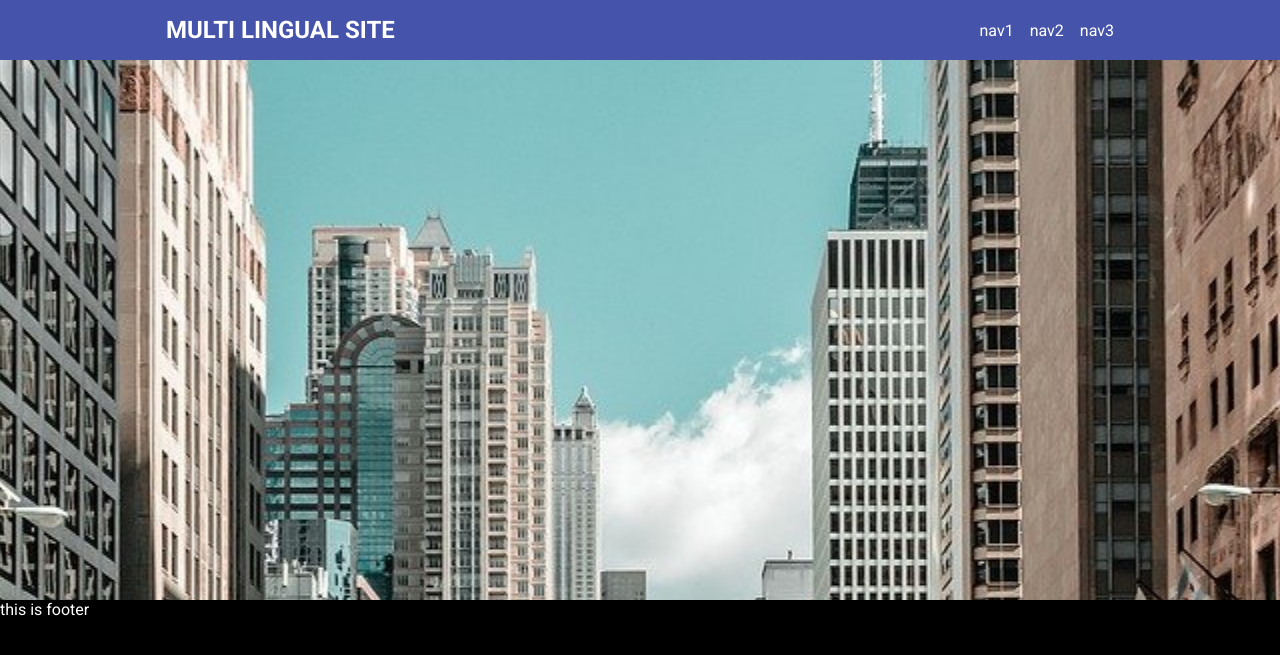
Repository: ksbsh27/multi_lingual
Page: index.html
These files come from the project's save history. The page is drawn as it stood at one moment and after a run of saves; the edit follows.
The browser window is 1280 px wide. The pictures show the whole page.
The style sheet was rebuilt from its Sass, Less or Tailwind sources for each picture, by a compiler version that may differ from the author's.

Above is the page before, as saved 2022-03-31 23:05:56.

After the next 2 saves:
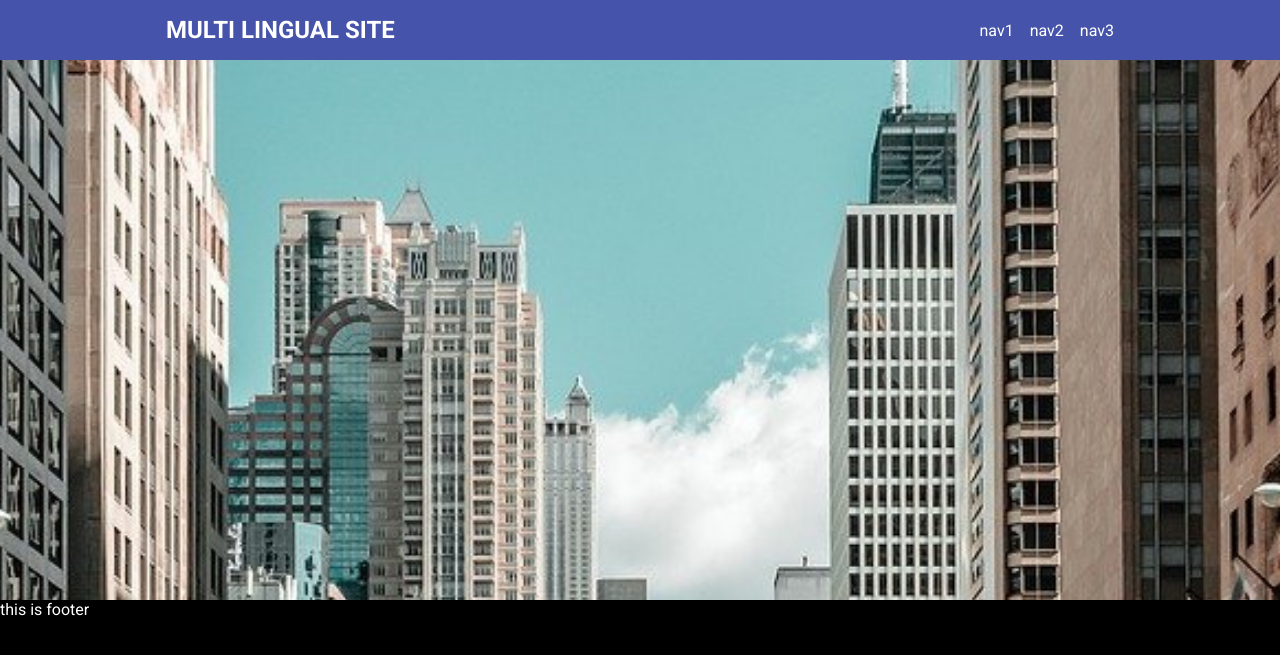
The 2 saves are shown as one change because they came seconds apart.
The last was saved 85 s later.
--- a/sass/style.scss
+++ b/sass/style.scss
@@ -34,6 +34,7 @@
       transform: scale(2);
       &.show{
         opacity: 1;
+        transform: scale(2.2);
       }
     }
   }
